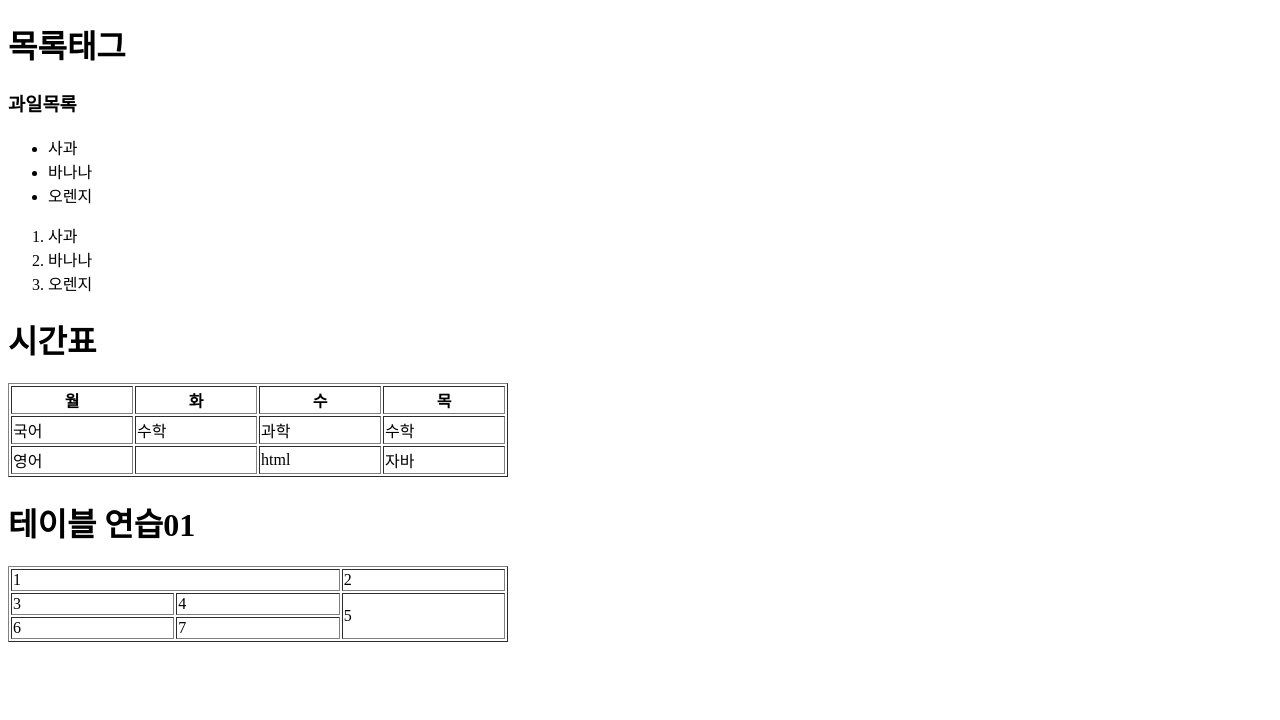
Repository: blinggg/html_git
Page: 0406/ex0406/WebContent/ex04.html
The author's editor kept a copy of each file at every save. The page is drawn from the files as they stood at one save, then again after the next save.
The browser window is 1280 px wide. The pictures show the whole page.

Above is the page before, as saved 2020-04-06 05:11:52.

### 0406/ex0406/WebContent/ex04.html
<!DOCTYPE html>
<html>
<head>
<meta charset="UTF-8">
<title>연습4</title>
</head>
<body>
	<h1>목록태그</h1>
	<h3>과일목록</h3>

	<!-- 순서가 없는 리스트 -->
	<ul>
		<li>사과  </li>
		<li>바나나</li>
		<li>오렌지</li>
	</ul>

	<!-- 순서가 있는 리스트 -->
	<ol><li>사과  </li>
		<li>바나나</li>
		<li>오렌지</li>
	</ol>

	<h1>시간표</h1>
	<table border=1 width=500>
		<tr>
			<th>월</th>
			<th>화</th>
			<th>수</th>
			<th>목</th>


		</tr>
		<tr>
			<td>국어</td>
			<td>수학</td>
			<td>과학</td>
			<td>수학</td>
		</tr>

		<tr>
			<td>영어</td>
			<td></td>
			<td>html</td>
			<td>자바</td>

		</tr>
		</table>

		<h1>테이블 연습01</h1>
		<table border=1 width=500>
			<tr>
				<td colspan=2>1</td>
				<td>2</td>
			</tr>
			<tr>
				<td>3</td>
				<td>4</td>
				<td rowspan=2>5</td>
			</tr>
			<tr>
				<td>6</td>
				<td>7</td>
			</tr>



		</table>
</body>
</html>

After the next save:
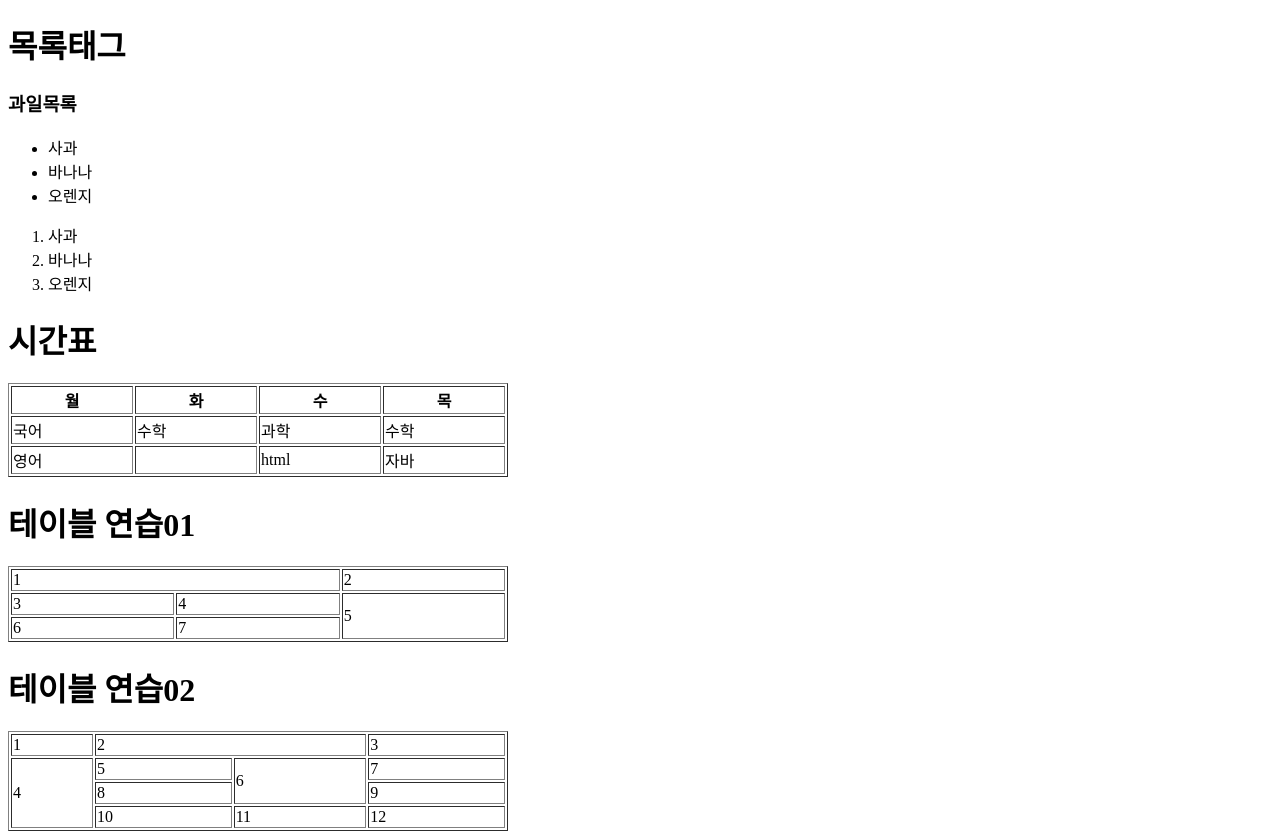
Saved 6 min 25 s later.
--- a/0406/ex0406/WebContent/ex04.html
+++ b/0406/ex0406/WebContent/ex04.html
@@ -62,8 +62,31 @@
 				<td>6</td>
 				<td>7</td>
 			</tr>
+		</table>
 
+		<h1>테이블 연습02</h1>
+		<table border=1 width=500>
+			<tr>
+			<td>1</td>
+			<td colspan=2>2</td>
+			<td>3</td>
+			</tr>
+			<tr>
+			<td rowspan=3>4</td>
+			<td>5</td>
+			<td rowspan=2>6</td>
+			<td>7</td>
+			</tr>
 
+			<tr>
+			<td>8</td>
+			<td>9</td>
+			</tr>
+
+			<tr>
+			<td>10</td>
+			<td>11</td>
+			<td>12</td>
 
 		</table>
 </body>
